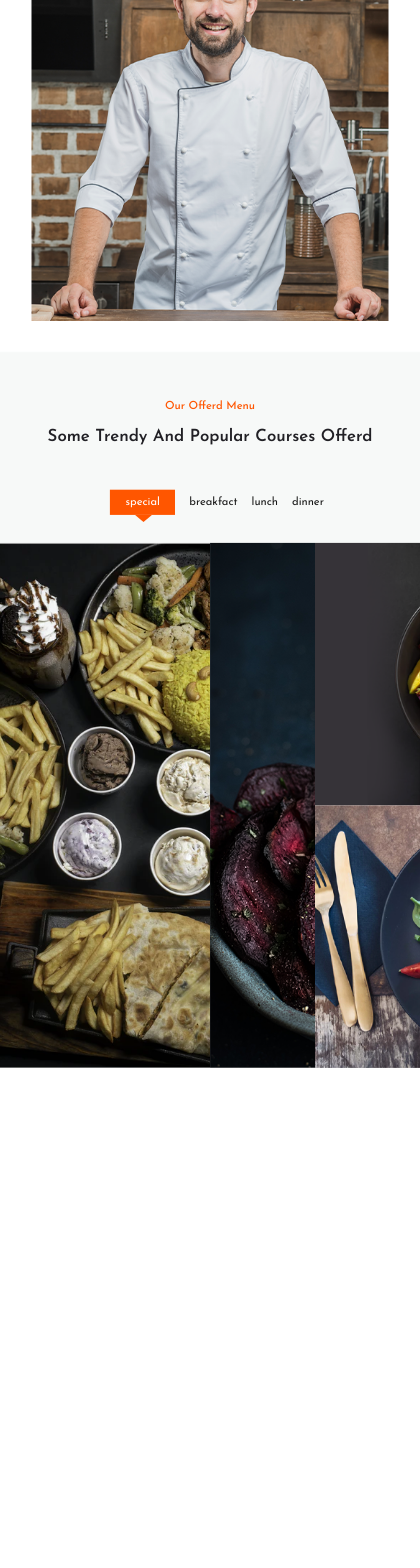
Repository: Ebtehal18/food
Page: index.html
An editor plug-in stored every save of this project. The page is shown before and after the next save, followed by the edit.
The browser window is 600 px wide. The pictures show the part of the page from y = 1371 to 3611 px (the page is 10000 px tall), at 70% of full size.

Above is the page before, as saved 2024-01-18 18:06:21.

### index.html
<!DOCTYPE html>
<html lang="en">
  <head>
    <meta charset="UTF-8" />
    <meta name="viewport" content="width=device-width, initial-scale=1.0" />
    <title>Food All</title>
    <link rel="preconnect" href="https://fonts.googleapis.com">
    <link rel="preconnect" href="https://fonts.gstatic.com" crossorigin>
    <link href="https://fonts.googleapis.com/css2?family=Josefin+Sans:wght@200;300;400;500;600;700&display=swap" rel="stylesheet">
    <link rel="stylesheet" href="asessets/css/style.css" />
    <link rel="stylesheet" href="asessets/css/External/all.min.css" />
  </head>
  <body>
    <!-- nav bar -->
    <header class="header">
      <div class="logo"><img src="asessets/imgs/logo.png" alt="logo" /></div>
      <label for="checkbox"><i class="fa-solid fa-bars"></i></label>
      <input type="checkbox" id="checkbox">
      <nav class="nav">
        <ul class="nav-list">
          <li class="list-item"><a href="#">Home</a></li>
          <li class="list-item"><a href="#">About</a></li>
          <li class="list-item"><a href="#">Menu</a></li>
          <li class="list-item">
            <a href="#">Blog</a>
            <ul class="dropdown-list">
              <li class="dropdown-item"><a href="#">Blog</a></li>
              <li class="dropdown-item"><a href="#">Blog Details</a></li>
              <li class="dropdown-item"><a href="#">Element</a></li>
            </ul>
          </li>
          <li class="list-item"><a href="#">Contact</a></li>
        </ul>
      </nav>
      <button class="btn btn-nav">Order Online</button>
    </header>

    <!-- hero -->

    <section class="hero">
      <div class="container">
        <div class="row">
         <div class="hero-content">
           <span class="span">Discover Your Teste</span>
          <h1>We belive good food offer great smile</h1>
          <p>
            Ut enim ad minim veniam, quis nostrud exercitation ullamco laboris
            nisi ut aliquip ex ea commodo consequat is aute irure.
          </p>
          <button class="btn-hero">Resurvation</button>
        </div>
          </div>
        </div>
      </div>
    </section>

  <!-- about -->
    <section class="about">
      <div class="container">
        <div class="row">
        <div class="about-content">
          <span class="span">Discover Your Teste</span>
          <h2>We Provide Good Food For Your Family!</h2>
          <p>Ut enim acgsd minim veniam, quxcis nostrud exercitation ullamco laboris nisi ufsit aliquip ex ea commodo consequat is aute irure m, quis nostrud exer.</p>
          <div class="row">
        <div class="about-detail">
          <div class="about-icon">
            <img src="asessets/imgs/cooking.png" alt="cooking">
          </div>
        <p>Ut enim ad minim veniam, quis nostrud exer.</p>
      </div>
        <div class="about-detail">
          <div class="about-icon">
            <img src="asessets/imgs/restaurant.png" alt="cooking">
          </div>
        <p>Ut enim ad minim veniam, quis nostrud exer.</p>
      </div>
        <div class="about-detail">
          <div class="about-icon">
            <img src="asessets/imgs/chef.png" alt="cooking">
          </div>
        <p>Ut enim ad minim veniam, quis nostrud exer.</p>
      </div>
        <div class="about-detail">
          <div class="about-icon">
            <img src="asessets/imgs/cooking.png" alt="cooking">
          </div>
        <p>Ut enim ad minim veniam, quis nostrud exer.</p>
      </div>
          </div>
        </div>
        <div class="about-img">
          <img src="asessets/imgs/about.png" alt="chef's img">
        </div>
        </div>
      </div>
    </section>
    <!-- menu -->
    <section class="menu-sec">
      <div class="menu">
         <div class="container">
        <div class="menu-heading">
          <span class="span">Our Offerd Menu</span>
          <h2>Some Trendy And Popular Courses Offerd</h2>
          <ul class="list-menu">
            <li class="menu-item"><a href="#">special</a></li>
            <li  class="menu-item"><a href="#">breakfact</a></li>
            <li  class="menu-item"><a href="#">lunch</a></li>
            <li  class="menu-item"><a href="#">dinner</a></li>
          </ul>
        </div>


      </div>
    </div>
      <div class="grid-menu">
        <div class="menu-img">
          <div class="overlay">
            <span class="span">$25</span>
            <h2>Delicious Food</h2>
            <p>Ut enim ad minim veniam quis nostr.</p>
            <button class="btn-hero">Order Now</button>
          </div>
        </div>
        <div class="menu-img"> <div class="overlay">
          <span class="span">$25</span>
          <h2>Delicious Food</h2>
          <p>Ut enim ad minim veniam quis nostr.</p>
          <button class="btn-hero">Order Now</button>
        </div></div>
        <div class="menu-img"> <div class="overlay">
          <span class="span">$25</span>
          <h2>Delicious Food</h2>
          <p>Ut enim ad minim veniam quis nostr.</p>
          <button class="btn-hero">Order Now</button>
        </div></div>
        <div class="menu-img"> <div class="overlay">
          <span class="span">$25</span>
          <h2>Delicious Food</h2>
          <p>Ut enim ad minim veniam quis nostr.</p>
          <button class="btn-hero">Order Now</button>
        </div></div>

      </div>
    </section>

  </body>
</html>

### asessets/css/style.css
/*
=======================================================
          public styles
======================================================= */
*,
*::after,
*::before {
  margin: 0;
  padding: 0;
  box-sizing: border-box;
}
html,
body {
  overflow-x: hidden;
}
body {
  font-family: "Josefin Sans", sans-serif;
  color: #141517;
  height: 10000px;
}
a {
  text-decoration: none;
}
li {
  list-style: none;
}
.container {
  width: 85%;
  margin: auto;
}
.row {
  display: flex;
  justify-content: space-between;
  align-items: flex-start;
}
.span {
  color: #ff5600;
  font-size: 16px;
  font-weight: 500;
  display: inline-block;
}

@media (max-width: 767px) {
  .row {
    flex-flow: column wrap;
  }
}

/*
=====================================================
            end public styles
=====================================================
 */

/* ===============
        navbar
 ================= */
.header {
  z-index: 999;
  display: flex;
  background-color: #fff;
  position: fixed;
  justify-content: space-around;
  align-items: center;
  top: 0;
  padding: 20px 65px;
  width: 100%;
}
.header .logo {
  width: 46%;
}
.header .nav .nav-list .list-item {
  padding: 0 30px;
  display: inline-block;
}
.header .nav .nav-list .list-item a {
  color: #141517;
  font-weight: 400;
  font-size: 16px;
  text-decoration: none;
}
.header .nav .nav-list .list-item a:hover {
  color: #ff5600;
}
.header .nav .nav-list .list-item:nth-child(4) {
  position: relative;
}
.header .nav .list-item .dropdown-list {
  padding: 10px 15px;
  background-color: #fff;
  position: absolute;
  top: 44px;
  left: -4px;
  opacity: 0;
  transition: all 0.4s ease-in;
  -webkit-transition: all 0.4s ease-in;
  -moz-transition: all 0.4s ease-in;
  -ms-transition: all 0.4s ease-in;
  -o-transition: all 0.4s ease-in;
}
.header .nav .nav-list .list-item:nth-child(4):hover .dropdown-list {
  opacity: 1;
  top: 63px;
}

.header .nav .list-item .dropdown-list li {
  width: 140px;
  display: inline-block;
  margin-bottom: 20px;
}
.header .btn {
  position: relative;
  z-index: 1;
  cursor: pointer;
  color: #464d65;
  outline: none;
  border: 1px solid #ff5600;
  font-size: 14px;
  font-weight: 500;
  background-color: transparent;
  padding: 19px 47px;
  border-radius: 5px;
  -webkit-border-radius: 5px;
  -moz-border-radius: 5px;
  -ms-border-radius: 5px;
  -o-border-radius: 5px;
  transition: all 0.4s ease-in;
  -webkit-transition: all 0.4s ease-in;
  -moz-transition: all 0.4s ease-in;
  -ms-transition: all 0.4s ease-in;
  -o-transition: all 0.4s ease-in;
}
.header .btn::before {
  background-color: #ff5600;
  position: absolute;
  content: "";
  top: 0;
  left: 0;
  height: 0%;
  width: 100%;
  z-index: -1;
  transition: all 0.4s ease-in;
  -webkit-transition: all 0.4s ease-in;
  -moz-transition: all 0.4s ease-in;
  -ms-transition: all 0.4s ease-in;
  -o-transition: all 0.4s ease-in;
}
.header .btn:hover {
  color: #fff;
}
.header .btn:hover::before {
  height: 100%;
}
.header input,
label {
  display: none;
}
@media (max-width: 1100px) {
  .header .logo {
    width: 20%;
  }
}

@media (max-width: 991px) {
  .header {
    justify-content: space-between;
    padding: 10px 20px;
  }
  .header .logo {
    width: 84%;
  }
  .header nav .nav-list {
    display: none;
  }
  .header .nav-list {
    padding: 20px 0;
    left: 0;
    right: 0;
    background-color: #ffb400fa;
    position: absolute;
    top: 100%;
  }

  .header .nav .nav-list .list-item {
    margin-bottom: 20px;
    padding: 0 30px;
    display: block;
  }
  .header .nav .nav-list .list-item a {
    color: #fff;
  }

  .header .nav .nav-list .list-item:nth-child(4):hover .dropdown-list {
    border-radius: 5px;
    left: 30px;
    top: 23px;
    background-color: #ff5600;
    -webkit-border-radius: 5px;
    -moz-border-radius: 5px;
    -ms-border-radius: 5px;
    -o-border-radius: 5px;
  }
  .header .nav .list-item .dropdown-list li {
    display: block;
  }
  .header .nav .list-item .dropdown-list a,
  .header .nav .list-item .dropdown-list a:hover {
    color: #fff;
  }
  .header .btn {
    display: none;
  }
  .header label {
    display: block;
  }
  .header label i {
    font-size: 24px;
  }
  .header input:checked + nav .nav-list {
    display: block;
  }
}

/* ===============
       end  navbar
 ================= */
/* ===============
       hero
 ================= */
.hero {
  display: flex;
  width: 100%;
  height: 1080px;
  background-image: url(../imgs/h1_hero.png);
  background-size: cover;
  background-position: bottom;
}

/* .hero .hero-content {
  margin-top: -237px;
} */

.hero .hero-content h1 {
  margin-top: 40px;
  font-weight: 700;
  color: #212025;
  font-size: 87px;
  width: 80%;
  line-height: 1.4;
}
.hero .hero-content p {
  font-weight: 400;
  margin-bottom: 30px;
  line-height: 1.3;
  width: 44%;
  color: #212025;
  font-size: 16px;
}
 .btn-hero {
  letter-spacing: 1.1px;
  position: relative;
  z-index: 1;
  cursor: pointer;
  color: #fff;
  outline: none;
  border: 1px solid #ff5600;
  font-size: 14px;
  font-weight: 500;
  background-color: #ff5600;
  padding: 19px 47px;
  border-radius: 5px;
  -webkit-border-radius: 5px;
  -moz-border-radius: 5px;
  -ms-border-radius: 5px;
  -o-border-radius: 5px;
  transition: all 0.4s ease-in;
  -webkit-transition: all 0.4s ease-in;
  -moz-transition: all 0.4s ease-in;
  -ms-transition: all 0.4s ease-in;
  -o-transition: all 0.4s ease-in;
}
 .btn-hero::before {
  z-index: -1;
  content: "";
  background-color: rgba(0, 0, 0, 0.6);
  top: 0;
  left: 0;
  width: 0;
  height: 100%;
  position: absolute;
  transition: all 0.4s;
  -webkit-transition: all 0.4s;
  -moz-transition: all 0.4s;
  -ms-transition: all 0.4s;
  -o-transition: all 0.4s;
}
.btn-hero:hover::before {
  filter: grayscale(50%);
  width: 100%;
  -webkit-filter: grayscale(50%);
}
@media (max-width: 1100px) {
  .hero .hero-content {
    margin: 0;
  }
  .hero .hero-content h1 {
    font-size: 60px;
  }
}

@media (max-width: 991px) {
  .hero {
    height: 700px;
  }
  .hero .hero-content {
    margin: 0;
    padding: 206px 0 100px;
  }
  .hero .hero-content .span {
    margin-bottom: 40px;
  }
  .hero .hero-content h1 {
    width: 88%;
    font-size: 50px;
    margin-bottom: 40px;
  }
  .hero .hero-content p {
    line-height: 1.4;
    width: 74%;
  }
}

@media (max-width: 767px) {
  .hero {
    height: 600px;
  }
  .hero .hero-content {
    padding: 100px 0 0;
    margin: 0;
  }
  .hero .hero-content span {
    margin-bottom: 20px;
  }
  .hero .hero-content h1 {
    font-size: 27px;
    width: 100%;
    margin-bottom: 30px;
  }
  .hero .hero-content p {
    margin-bottom: 20px;
    width: 100%;
  }
}

/* about */
.about {
  padding: 100px 0;
}
.about .container .row {
  align-items: center;
}
.about .about-content {
  width: 50%;
}
.about .about-content h2 {
  margin: 15px 0 20px;
  color: #212025;
  font-size: 49px;
  font-weight: 600;
  line-height: 1.4;
  width: 83%;
}
.about .about-content p {
  width: 77%;
  color: #212025;
  font-size: 16px;
  font-weight: 400;
  line-height: 1.3;
}
.about .about-content .row {
  margin-top: 50px;
  display: grid;
  grid-template-columns: repeat(2, 1fr);
  gap: 20px;
}
.about .about-content .row .about-detail {
  display: flex;
  gap: 20px;
  align-items: center;
}
.about .about-content .row .about-detail p {
  width: 69%;
}

.about .row .about-detail .about-icon {
  width: 15%;
}
.about .row .about-detail .about-icon img,
.about .about-img img {
  width: 100%;
}
.about .about-img {
  width: 50%;
}
@media (max-width: 991px) {
  .about {
    padding: 50px 0;
  }
  .about .row {
    flex-flow: row wrap;
  }
  .about .about-content {
    width: 100%;
  }
  .about .about-content h2 {
    width: 100%;
    font-size: 27px;
  }
  .about .about-content .row {
    margin-top: 25px;
    display: grid;
    grid-template-columns: repeat(2, 1fr);
    gap: 20px;
  }
  .about .about-img {
    margin-top: 20px;
    width: 100%;
  }
}

@media (max-width: 767px) {
  .about {
    padding: 40px 0;
  }
  .about .about-content {
    width: 100%;
  }
  .about .about-content h2 {
    width: 100%;
    font-size: 27px;
  }
  .about .about-content .row {
    margin-top: 25px;
    display: grid;
    grid-template-columns: repeat(1, 1fr);
    gap: 20px;
  }
  .about .about-img {
    margin-top: 20px;
    width: 100%;
  }
}
/* menu */
.menu {
  background-image: url(../imgs/section_bg01.png);
  background-size: cover;
  background-position: center center;
  padding: 70px 0 50px;
}
.menu .menu-heading {
  text-align: center;
}

.menu .menu-heading h2 {
  line-height: 1.3;
  margin: auto;
  width: 59%;
  color: #212025;
  font-size: 49px;
  font-weight: 600;
  margin-top: 20px;
}
.menu .menu-heading .list-menu {
  align-items: center;
  margin-top: 70px;
  display: flex;
  justify-content: center;
  gap: 50px;
}
}
.menu .menu-heading .list-menu li a{
  text-transform: uppercase;

}

.menu .menu-heading .list-menu li:not(:first-child) a {
  z-index: 1;
  font-weight: 400;
  font-size: 16px;
  color: #1b1b1b;
  text-decoration: none;
}

.menu .menu-heading .list-menu li:first-child a {
  background-color: #ff5600;
  padding: 10px 22px;
  position: relative;
  color: #fff;
}
.menu .menu-heading .list-menu li:first-child a::before {
  top: 36px;
  left: 38%;
  content: "";
  position: absolute;
  width: 0;
  height: 0;
  border-bottom: 12px solid transparent;
  border-top: 10px solid #ff5600;
  border-left: 12px solid transparent;
  border-right: 12px solid transparent;
}



.menu-sec .grid-menu{
  display: grid;
  grid-template-columns: repeat(4,1fr);
  grid-template-rows: repeat(2,1fr);
}
.menu-sec .grid-menu .menu-img {
  overflow: hidden;
  position: relative;
}
.menu-sec .grid-menu .menu-img .overlay{
 width: 100%;
 height: 100%;
 display: flex;
 align-items: center;
 justify-content: center;
 flex-direction: column;
 position: absolute;
 z-index: 1;
 text-align: center;
 background-color: rgba(0, 0, 0, 0.6);
 opacity: 0;
 transition:all 0.4s ease-in ;
 -webkit-transition:all 0.4s ease-in ;
 -moz-transition:all 0.4s ease-in ;
 -ms-transition:all 0.4s ease-in ;
 top: 40%;
 -o-transition:all 0.4s ease-in ;
}
.menu-sec .grid-menu .menu-img:hover .overlay{
  top: 0;
  opacity: 1;
}
.menu-sec .grid-menu .menu-img .overlay .span{
  font-size: 30px;
}
.menu-sec .grid-menu .menu-img .overlay h2{
  color: #fff;
font-size: 50px;
font-weight: 700;
margin-bottom: 20px;

}
.menu-sec .grid-menu .menu-img .overlay p{
      margin-bottom: 20px;
      color: #fff;
      font-size: 13px;
}

.menu-sec .grid-menu .menu-img:nth-child(1){
  grid-column: 1/3;
  grid-row: 1/-1;
  background-image: url(../imgs/gallery1.png);
  background-size: cover;
  background-position: bottom;
  min-height: 730px;
}

.menu-sec .grid-menu .menu-img:nth-child(2){
  background-image: url(../imgs/gallery2.png);
  background-size: cover;
  background-position: left;
  min-height: 730px;
  grid-row: 1/-1;

}
.menu-sec .grid-menu .menu-img:nth-child(3) {
  background-image: url(../imgs/gallery3.png);
  background-size: cover;
  background-position: left;
  min-height: 375px;

}
.menu-sec .grid-menu .menu-img:nth-child(4) {
  background-image: url(../imgs/gallery4.png);
  background-size: cover;
  background-position: left;
  min-height: 375px;
}
@media (max-width:767px) {
  .menu .menu-heading h2 {
    width: 100%;
    font-size: 24px;
  }
  .menu .menu-heading .list-menu {
    flex-flow: row wrap;
    gap: 0;
  }
  .menu .menu-heading .list-menu .menu-item{
    margin-left: 20px;
  }
}

Loaded but not shown: asessets/css/External/all.min.css (library)

After the next save:
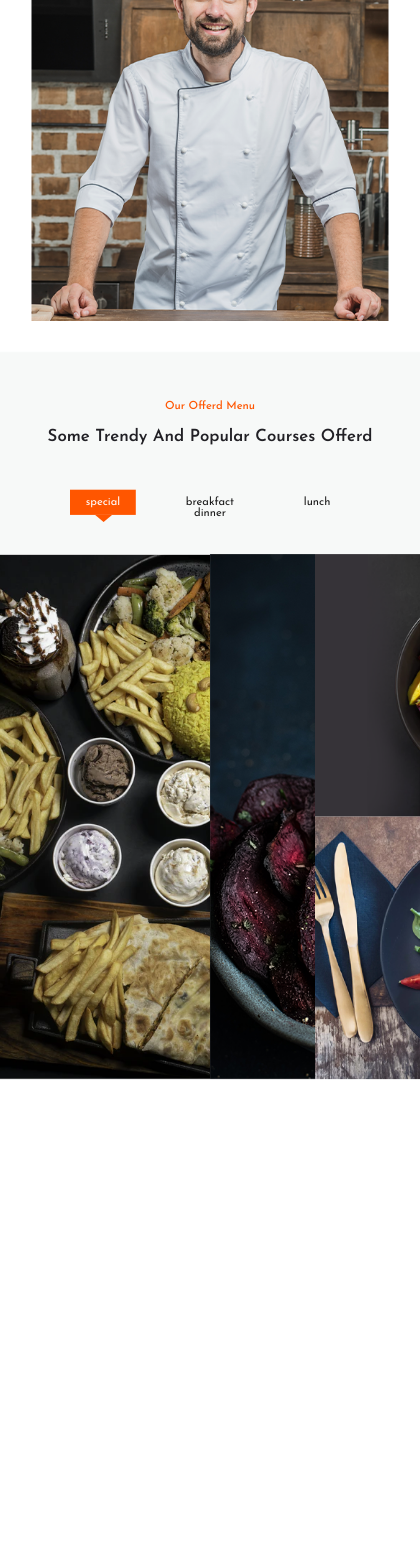
Saved 2 min 17 s later.
--- a/asessets/css/style.css
+++ b/asessets/css/style.css
@@ -599,7 +599,7 @@ margin-bottom: 20px;
     flex-flow: row wrap;
     gap: 0;
   }
-  .menu .menu-heading .list-menu .menu-item{
-    margin-left: 20px;
-  }
-}
+  .menu .menu-heading .list-menu .menu-item {
+    width: 30%;
+}
+}
